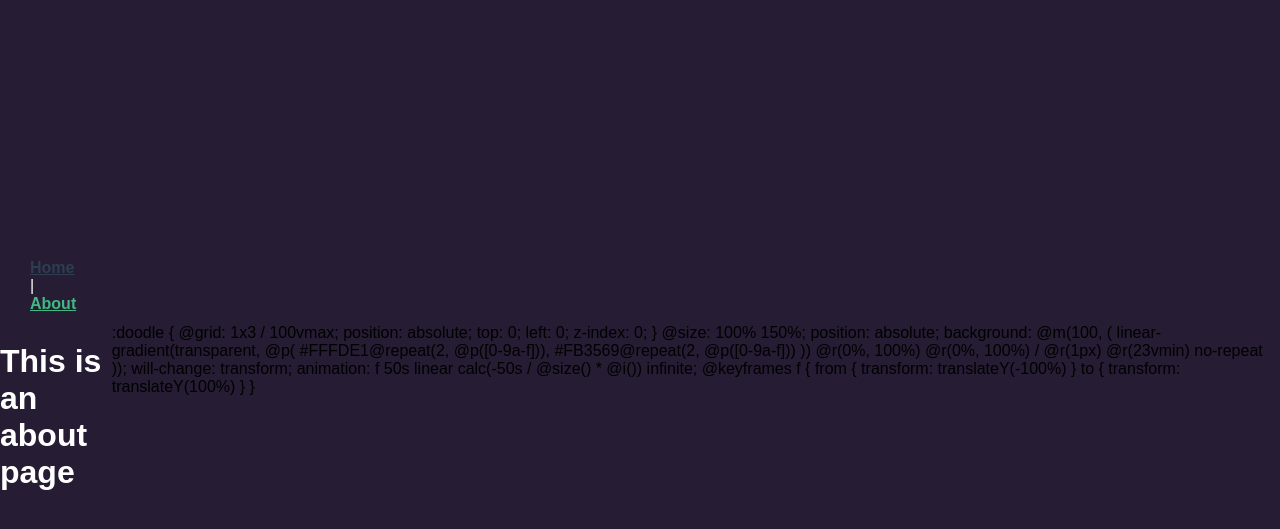
Repository: ahamdy997/portfolio
Page: /about
An editor plug-in stored every save of this project. The page is shown before and after the next save, followed by the edit.
The browser window is 1280 px wide. The pictures show the whole page.
The project was rebuilt for these pictures with package versions that can differ from the ones it lists, and the page was loaded fresh each time. Also part of the build but not shown: vue.config.js, src/components/HelloWorld.vue, src/views/HomeView.vue.

Above is the page before, as saved 2023-11-04 23:57:53.

### public/index.html
<!DOCTYPE html>
<html lang="">
  <head>
    <meta charset="utf-8" />
    <meta http-equiv="X-UA-Compatible" content="IE=edge" />
    <meta name="viewport" content="width=device-width,initial-scale=1.0" />
    <link rel="icon" href="<%= BASE_URL %>favicon.ico" />
    <title><%= htmlWebpackPlugin.options.title %></title>
  </head>
  <body>
    <noscript>
      <strong
        >We're sorry but <%= htmlWebpackPlugin.options.title %> doesn't work
        properly without JavaScript enabled. Please enable it to
        continue.</strong
      >
    </noscript>
    <div id="app"></div>
    <!-- built files will be auto injected -->
    <css-doodle>
      :doodle { @grid: 1x3 / 100vmax; position: absolute; top: 0; left: 0;
      z-index: 0; } @size: 100% 150%; position: absolute; background: @m(100, (
      linear-gradient(transparent, @p( #FFFDE1@repeat(2, @p([0-9a-f])),
      #FB3569@repeat(2, @p([0-9a-f])) )) @r(0%, 100%) @r(0%, 100%) / @r(1px)
      @r(23vmin) no-repeat )); will-change: transform; animation: f 50s linear
      calc(-50s / @size() * @i()) infinite; @keyframes f { from { transform:
      translateY(-100%) } to { transform: translateY(100%) } }
    </css-doodle>
    <style>
      * {
        box-sizing: border-box;
        padding: 0;
        margin: 0;
      }
      body {
        font-family: sans-serif;
        height: 100vh;
        margin: 0;
        background: #261c33;
        overflow: hidden;
        display: flex;
        align-items: center;
        justify-content: center;
      }
    </style>

    <script src="https://unpkg.com/css-doodle@0.6.1/css-doodle.min.js"></script>
  </body>
</html>

### src/App.vue
<template>
  <nav>
    <router-link to="/">Home</router-link> |
    <router-link to="/about">About</router-link>
  </nav>
  <router-view />
</template>

<style>
#app {
  color: white;
}

nav {
  padding: 30px;
}

nav a {
  font-weight: bold;
  color: #2c3e50;
}

nav a.router-link-exact-active {
  color: #42b983;
}
</style>

Loaded but not shown: src/main.js (common file); src/router/index.js (common file); src/views/AboutView.vue (common file)

After the next save:
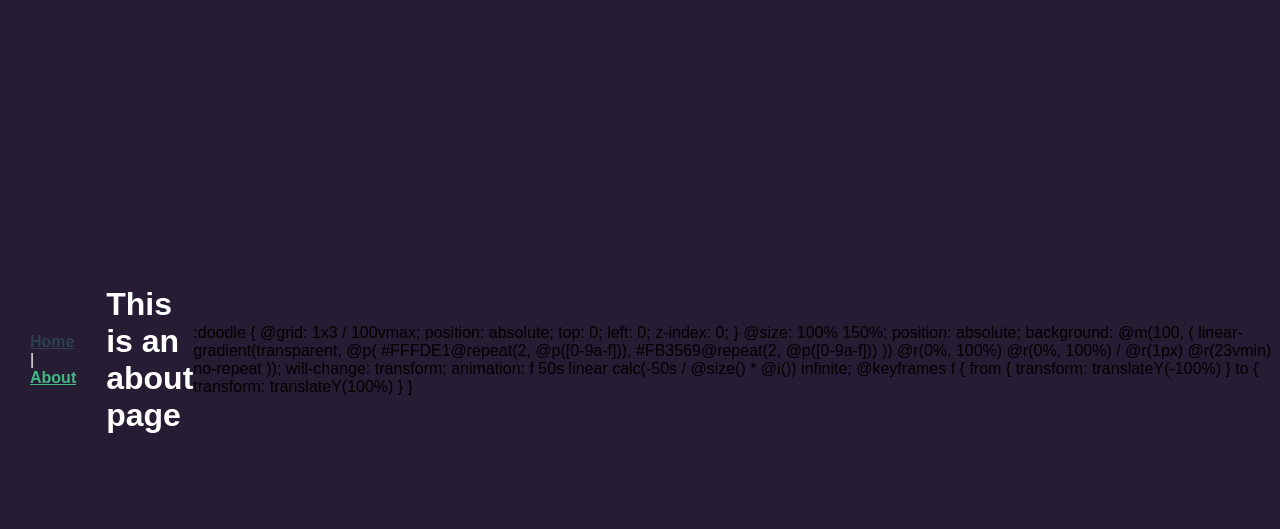
Saved 20 s later.
--- a/src/App.vue
+++ b/src/App.vue
@@ -8,6 +8,10 @@
 
 <style>
 #app {
+  display: flex;
+  justify-content: center;
+  align-items: center;
+  z-index: 1;
   color: white;
 }
 
